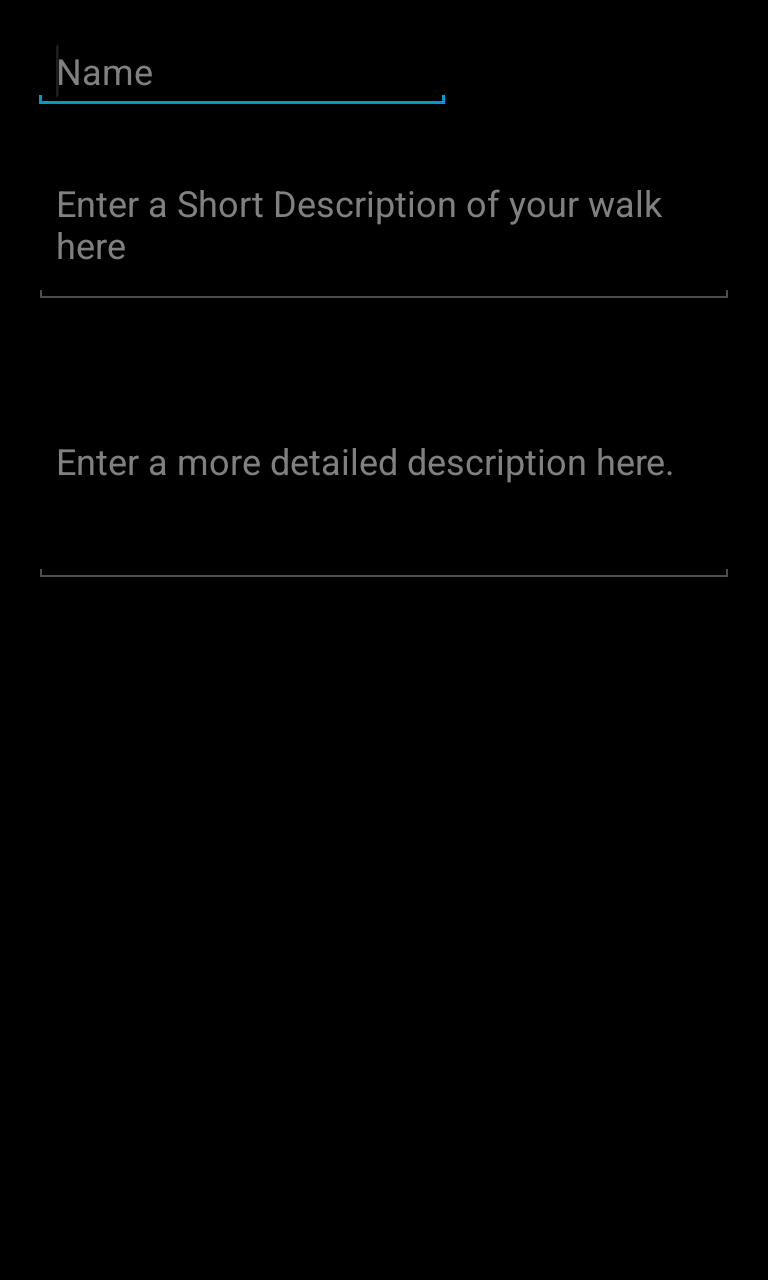
Repository: Jafnee/Android-Walking-Tour
Layout: SRC/Drafts/0.3/fuzzyNinja/PathFinder/res/layout/activity_new_walk.xml
The author's editor kept a copy of each file at every save. The layout is drawn from the files as they stood at one save, then again after the next save.
It is drawn on a 768 x 1280 px phone screen (xhdpi) without system bars, with theme android:Theme.Holo; the app's code is not run.

Above is the layout before, as saved 2013-12-13 04:24:50.

After the next save:
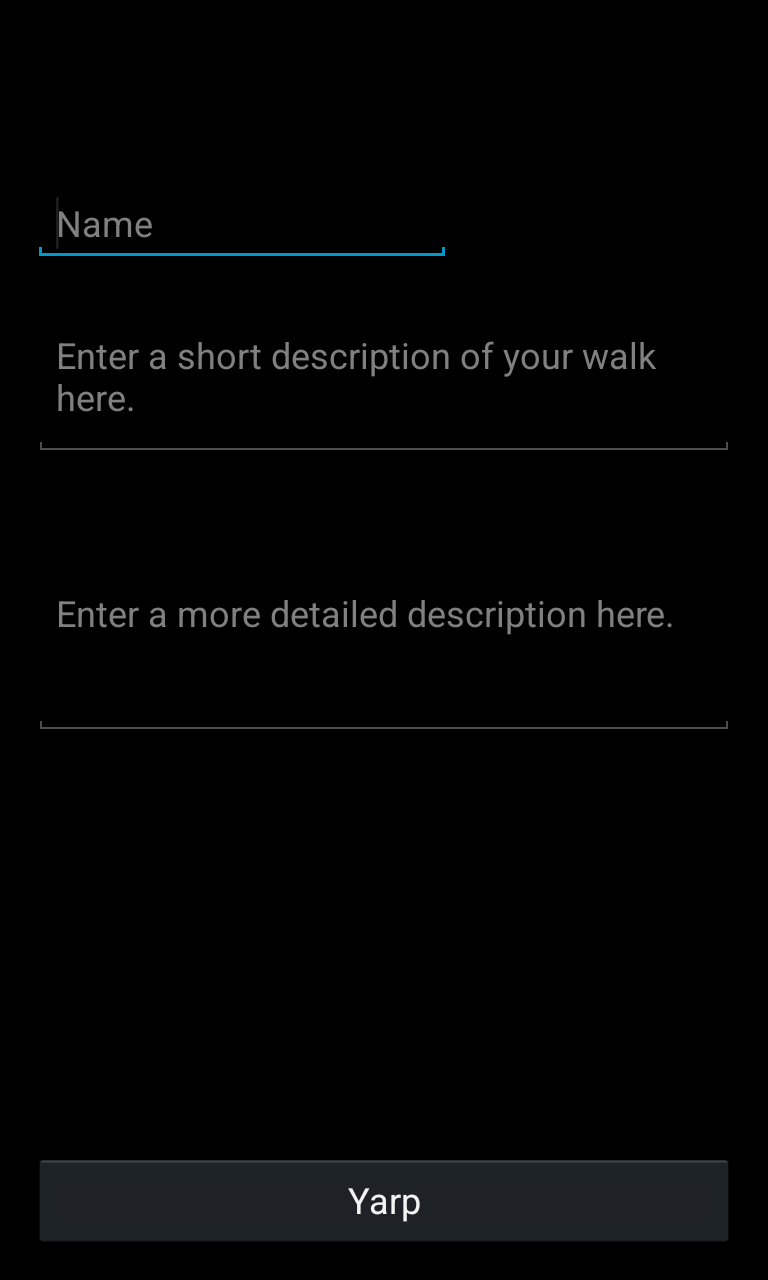
Saved 2 min 32 s later.
--- a/SRC/Drafts/0.3/fuzzyNinja/PathFinder/res/layout/activity_new_walk.xml
+++ b/SRC/Drafts/0.3/fuzzyNinja/PathFinder/res/layout/activity_new_walk.xml
@@ -9,20 +9,6 @@
     tools:context=".ActivityNewWalk" >
 
     <EditText
-        android:id="@+id/txtbxWalkName"
-        android:layout_width="wrap_content"
-        android:layout_height="wrap_content"
-        android:layout_alignParentLeft="true"
-        android:layout_alignParentTop="true"
-        android:ems="10"
-        android:hint="Name"
-        android:inputType="textAutoCorrect"
-        tools:ignore="HardcodedText" >
-
-        <requestFocus />
-    </EditText>
-
-    <EditText
         android:id="@+id/txtbxShortDes"
         android:layout_width="wrap_content"
         android:layout_height="wrap_content"
@@ -31,7 +17,7 @@
         android:layout_below="@+id/txtbxWalkName"
         android:layout_marginTop="16dp"
         android:ems="10"
-        android:hint="Enter a Short Description of your walk here"
+        android:hint="Enter a short description of your walk here."
         android:inputType="textMultiLine"
         android:lines="3"
         tools:ignore="HardcodedText" />
@@ -50,4 +36,27 @@
         android:lines="5"
         tools:ignore="HardcodedText" />
 
+    <EditText
+        android:id="@+id/txtbxWalkName"
+        android:layout_width="wrap_content"
+        android:layout_height="wrap_content"
+        android:layout_alignParentLeft="true"
+        android:layout_alignParentTop="true"
+        android:layout_marginTop="76dp"
+        android:ems="10"
+        android:hint="Name"
+        android:inputType="textAutoCorrect"
+        tools:ignore="HardcodedText" >
+
+        <requestFocus />
+    </EditText>
+
+    <Button
+        android:id="@+id/btnCreateWalk"
+        android:layout_width="match_parent"
+        android:layout_height="wrap_content"
+        android:layout_alignParentBottom="true"
+        android:layout_alignParentLeft="true"
+        android:text="Yarp" />
+
 </RelativeLayout>
